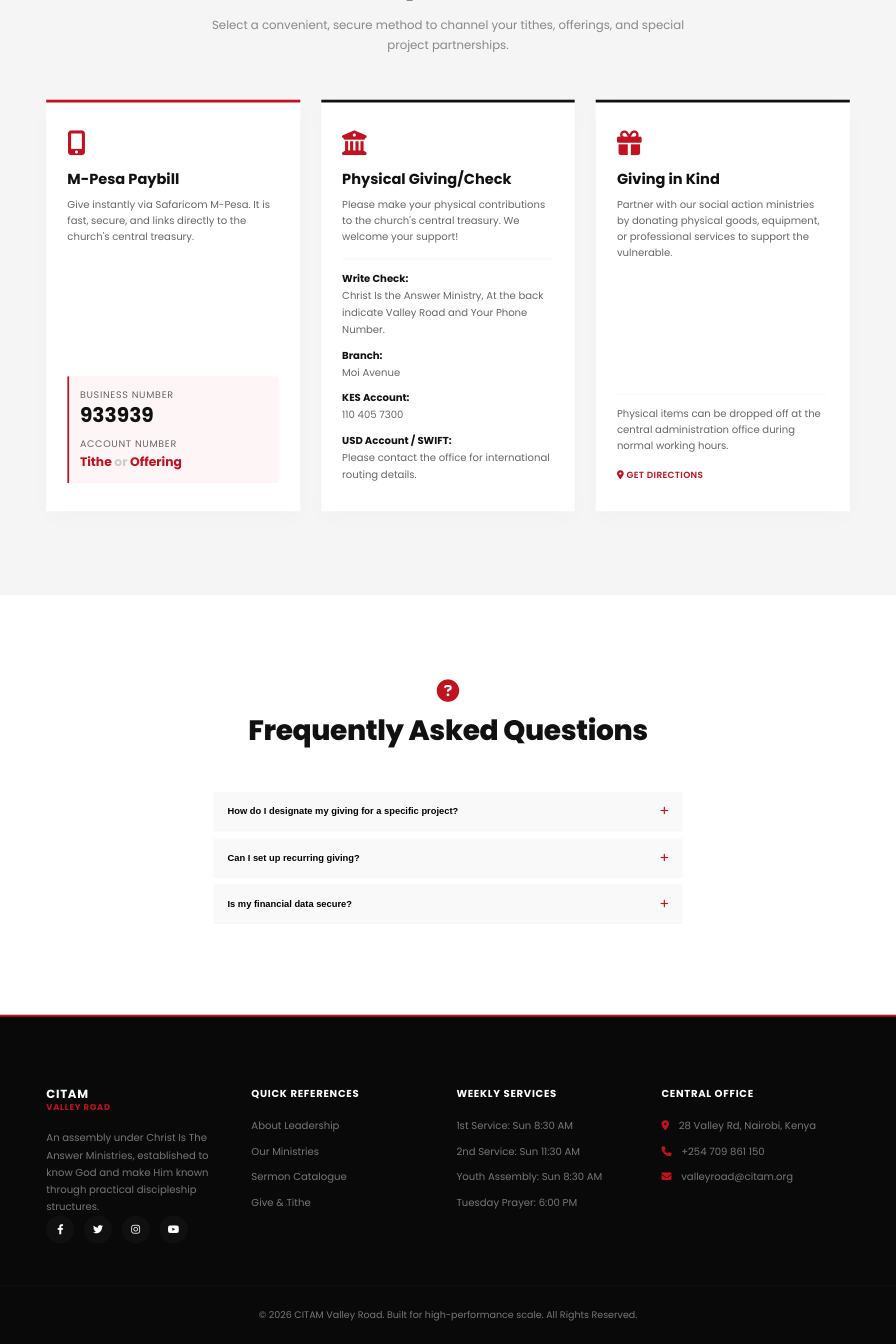
Repository: jereworks/CITAMVRD-Website
Page: give.html
An editor plug-in stored every save of this project. The page is shown before and after the next save, followed by the edit.
The browser window is 1280 px wide. The pictures show the part of the page from y = 679 to 2599 px (the page is 2599 px tall before and 2538 px after), at 70% of full size.

Above is the page before, as saved 2026-06-11 16:57:07.

After the next save:
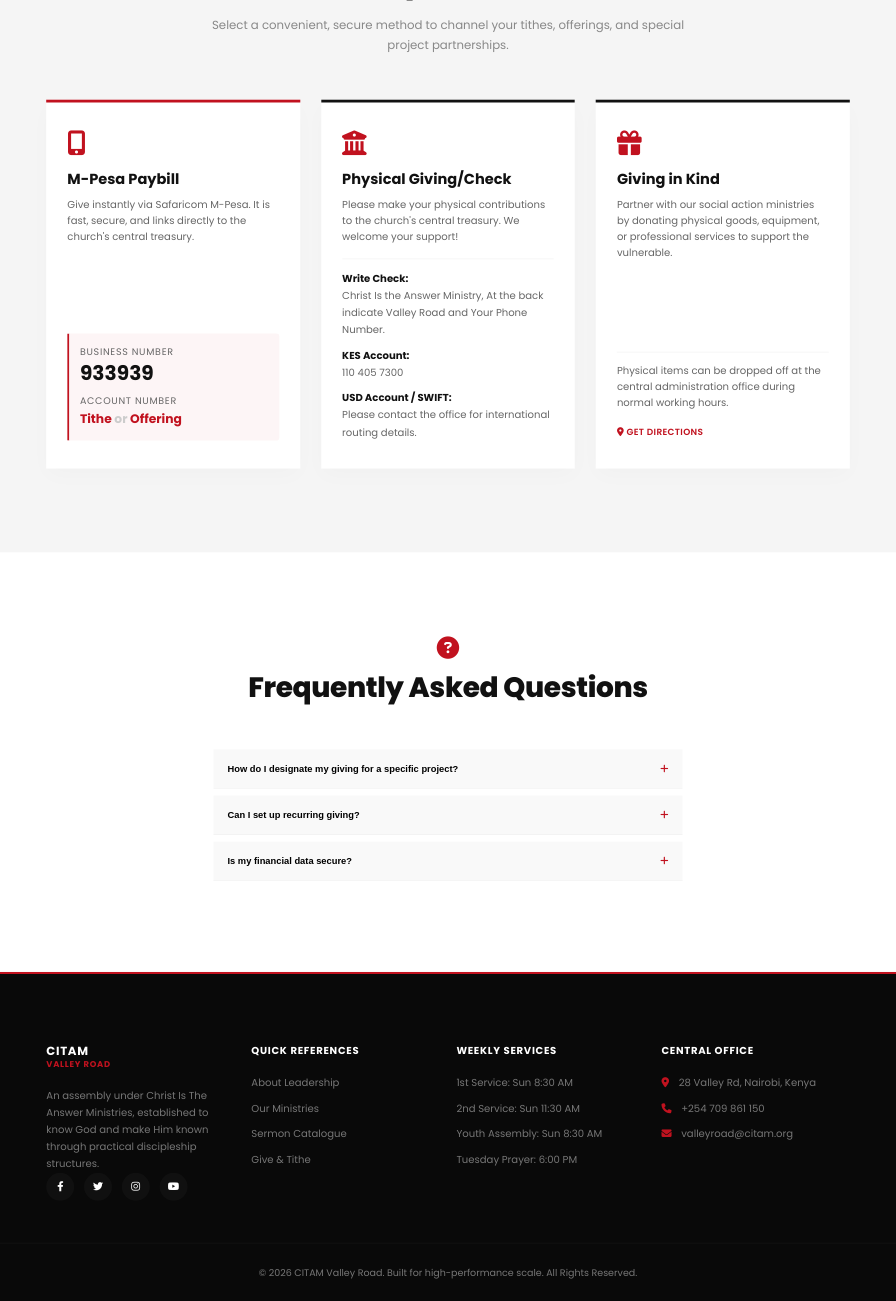
Saved 40 s later.
--- a/give.html
+++ b/give.html
@@ -115,10 +115,7 @@
                                 <strong style="color: var(--dark); display: block;">Write Check:</strong>
                                 Christ Is the Answer Ministry, At the back indicate Valley Road and Your Phone Number.
                             </li>
-                            <li style="margin-bottom: 12px;">
-                                <strong style="color: var(--dark); display: block;">Branch:</strong>
-                                Moi Avenue
-                            </li>
+
                             <li style="margin-bottom: 12px;">
                                 <strong style="color: var(--dark); display: block;">KES Account:</strong>
                                 110 405 7300
